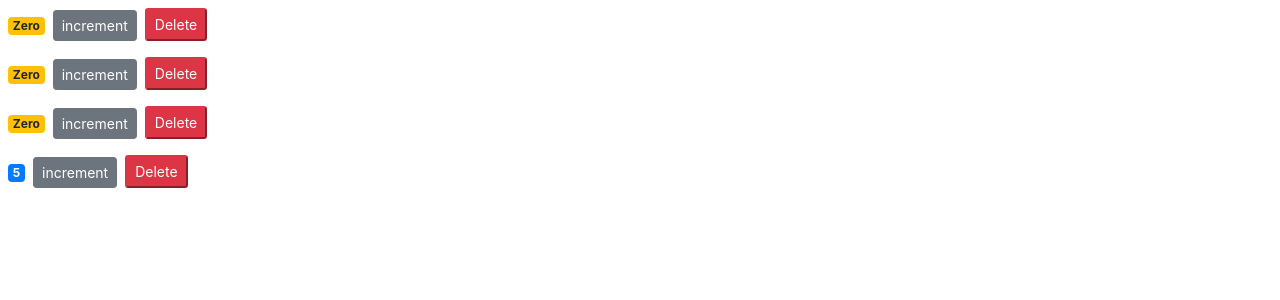
Repository: AvinashLikesToLearnNewStuff/Counter_app
Page: /
An editor plug-in stored every save of this project. The page is shown before and after the next save, followed by the edit.
The browser window is 1280 px wide. The pictures show the whole page.
The project was rebuilt for these pictures with package versions that can differ from the ones it lists, and the page was loaded fresh each time. Also part of the build but not shown: src/components/navbar.jsx, src/App.css, src/App.js.

Above is the page before, as saved 2023-03-26 10:03:37.

### src/index.js
import React from "react";
import ReactDOM from "react-dom/client";
import "./index.css";
import App from "./App";
import reportWebVitals from "./reportWebVitals";
import Counters from "./components/counters";
import "bootstrap/dist/css/bootstrap.css";

const root = ReactDOM.createRoot(document.getElementById("root"));
root.render(
  <React.StrictMode>
    <Counters />
  </React.StrictMode>
);

// If you want to start measuring performance in your app, pass a function
// to log results (for example: reportWebVitals(console.log))
// or send to an analytics endpoint. Learn more: https://bit.ly/CRA-vitals
reportWebVitals();

### src/components/counters.jsx
import React, { Component } from "react";
import Counter from "./counter";

class Counters extends Component {
  state = {
    counters: [
      { id: 1, value: 0 },
      { id: 2, value: 0 },
      { id: 3, value: 0 },
      { id: 4, value: 5 },
    ],
  };
  handleDelete = (counterId) => {
    const counters = this.state.counters.filter((c) => c.id != counterId);
    this.setState({ counters });
  };
  render() {
    return (
      <div>
        {this.state.counters.map((counter) => (
          <Counter
            key={counter.id}
            onDelete={this.handleDelete}
            value={counter.value}
            id={counter.id}
          >
            {/* <h4>Counter #{counter.id}</h4> */}
          </Counter>
        ))}
      </div>
    );
  }
}

export default Counters;

### src/components/counter.jsx
import React, { Component } from "react";

class Counter extends Component {
  state = {
    value: this.props.value,
  };

  handleIncrement = () => {
    this.setState({ value: this.state.value + 1 });
  };

  doHandleIncrement = () => {
    this.handleIncrement({ id: 1 });
  };

  render() {
    return (
      <div>
        {this.props.children}
        <span className={this.getBadgeClasses()}>{this.formatCount()}</span>
        <button
          onClick={() => this.props.onDelete(this.props.id)}
          className="btn btn-secondary btn-sm"
        >
          increment
        </button>
        <button
          onClick={() => this.props.onDelete(this.props.id)}
          className="btn-danger btn-sm m-2"
        >
          {" "}
          Delete{" "}
        </button>{" "}
      </div>
    );
  }
  getBadgeClasses() {
    let classes = "badge m-2 badge-";
    classes += this.state.value === 0 ? "warning" : "primary";
    return classes;
  }
  formatCount() {
    const { value: count } = this.state;
    return count === 0 ? "Zero" : count;
  }
}

export default Counter;

Loaded but not shown: public/index.html (common file); src/index.css (common file); src/reportWebVitals.js (common file)

After the next save:
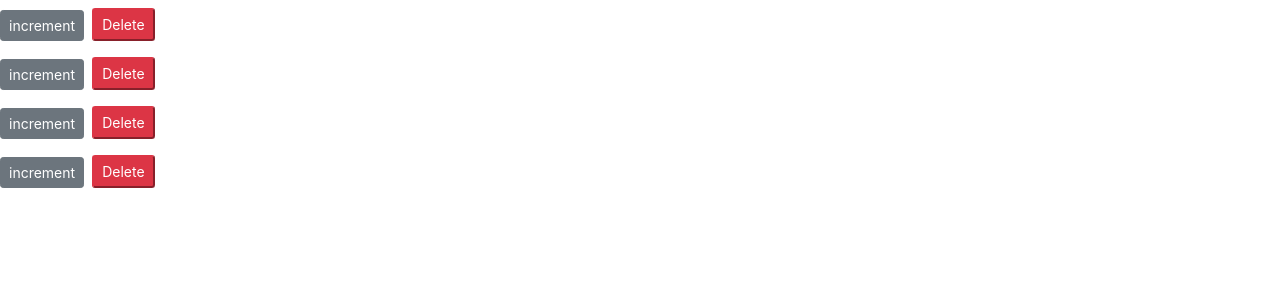
Saved 5 min 30 s later.
--- a/src/components/counters.jsx
+++ b/src/components/counters.jsx
@@ -21,8 +21,7 @@ class Counters extends Component {
           <Counter
             key={counter.id}
             onDelete={this.handleDelete}
-            value={counter.value}
-            id={counter.id}
+            counter={counter}
           >
             {/* <h4>Counter #{counter.id}</h4> */}
           </Counter>

After the 2 saves that followed:
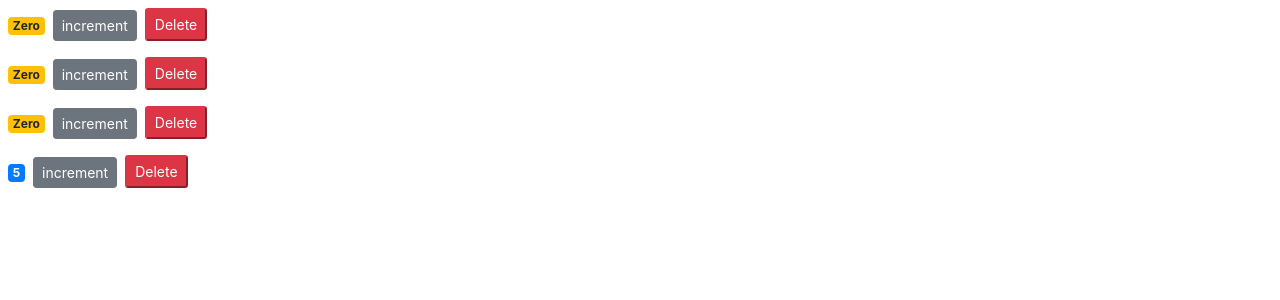
The 2 saves are shown as one change because 1 left the picture as it was.
The last was saved 81 s later.
--- a/src/components/counter.jsx
+++ b/src/components/counter.jsx
@@ -2,7 +2,7 @@ import React, { Component } from "react";
 
 class Counter extends Component {
   state = {
-    value: this.props.value,
+    value: this.props.counter.value,
   };
 
   handleIncrement = () => {
@@ -19,7 +19,7 @@ class Counter extends Component {
         {this.props.children}
         <span className={this.getBadgeClasses()}>{this.formatCount()}</span>
         <button
-          onClick={() => this.props.onDelete(this.props.id)}
+          onClick={() => this.props.onDelete(this.props.counter.id)}
           className="btn btn-secondary btn-sm"
         >
           increment
